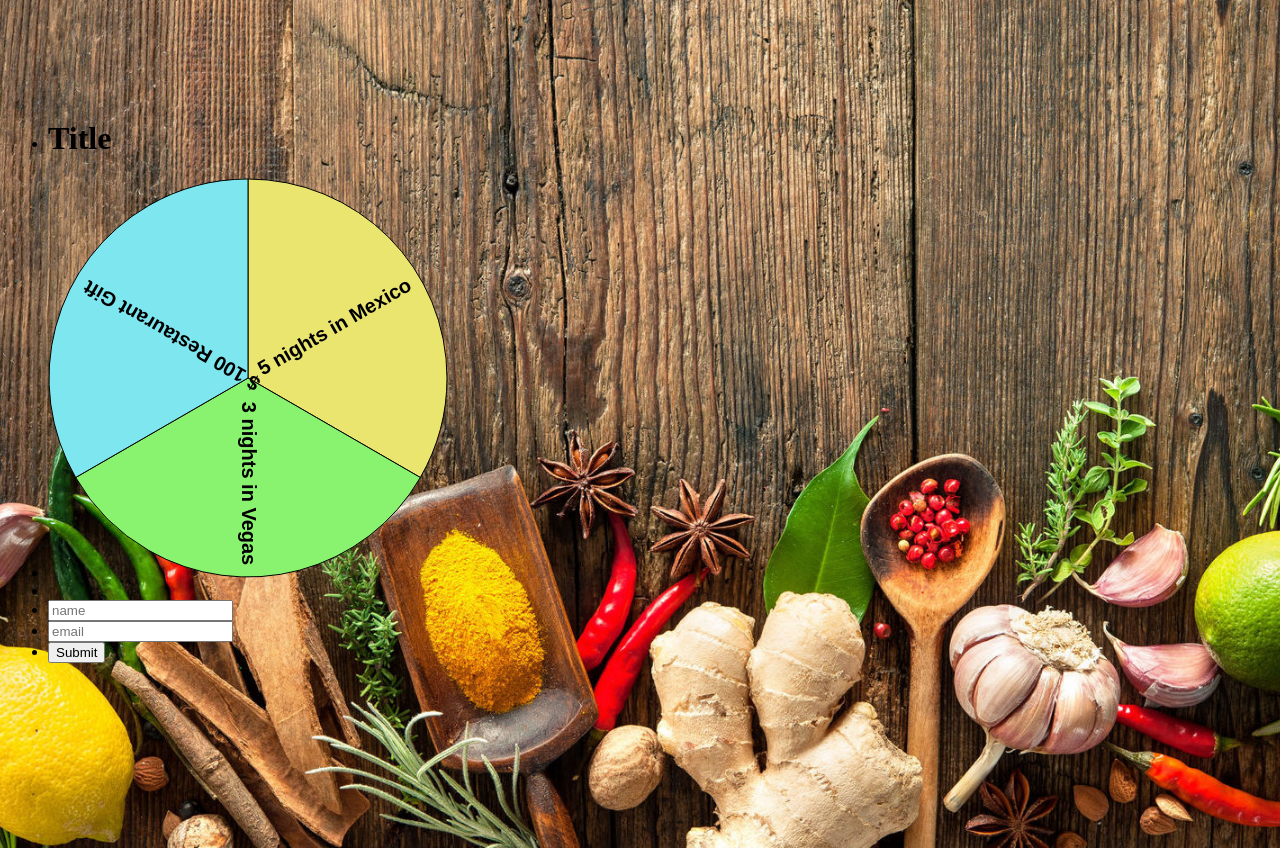
Repository: 43320888/upwork
Page: index.html
An editor plug-in stored every save of this project. The page is shown before and after the next save, followed by the edit.
The browser window is 1280 px wide. The pictures show the whole page.

Above is the page before, as saved 2019-01-16 20:53:59.

### index.html
<!DOCTYPE html>
<html lang="en">
<head>
	<meta charset="UTF-8">
	<meta name="viewport" content="width=device-width, initial-scale=1.0">
	<meta http-equiv="X-UA-Compatible" content="ie=edge">
	<link rel="stylesheet" href="style.css">
	<script src="Winwheel.min.js"></script>
	<title>Spin wheel</title>
</head>
<body class="spin-table">
	<ul>
		<li><h1>Title</h1></li>
		<li><canvas id="canvas3" width="400" height="400"></canvas></li>
		<li><script src="script.js"></script></li>
		<li><input type="text" placeholder="name"></li>
		<li><input type="text" placeholder="email"></li>
		<li><input type="submit" placeholder="submit"></li>
	</ul>
</body>
</html>

### style.css
.spin-table {
	background-image: url(images/Covers.jpg);
	background-position: center center;
	background-repeat: no-repeat;
	background-size: cover;
}
.spin-table > div {
	margin-left: 50%;
	transform: translateX(-50%);
	text-align: center;
	display: inline-block;
}

### script.js
/* eslint-disable quote-props */
// eslint-disable-next-line no-unused-vars, no-undef
const theWheel3 = new Winwheel({
	'canvasId': 'canvas3',
	'numSegments': 3,
	'textAlignment': 'outer',
	'segments': [
		{ 'fillStyle': '#eae56f', 'text': '5 nights in Mexico' },
		{ 'fillStyle': '#89f26e', 'text': '3 nights in Vegas' },
		{ 'fillStyle': '#7de6ef', 'text': '$ 100 Restaurant Gift' },
	],
});

function alignContent() {
	document.getElementsByClassName('spin-table')[0].style.height = `${document.documentElement.clientHeight}px`;
	document.getElementsByClassName('spin-table')[0].firstElementChild.style.marginTop = `${document.getElementsByClassName('spin-table')[0].clientHeight / 2 - document.getElementsByClassName('spin-table')[0].firstElementChild.clientHeight / 2}px`;
}
alignContent();
window.onresize = alignContent;

Loaded but not shown: Winwheel.min.js (library)

After the next save:
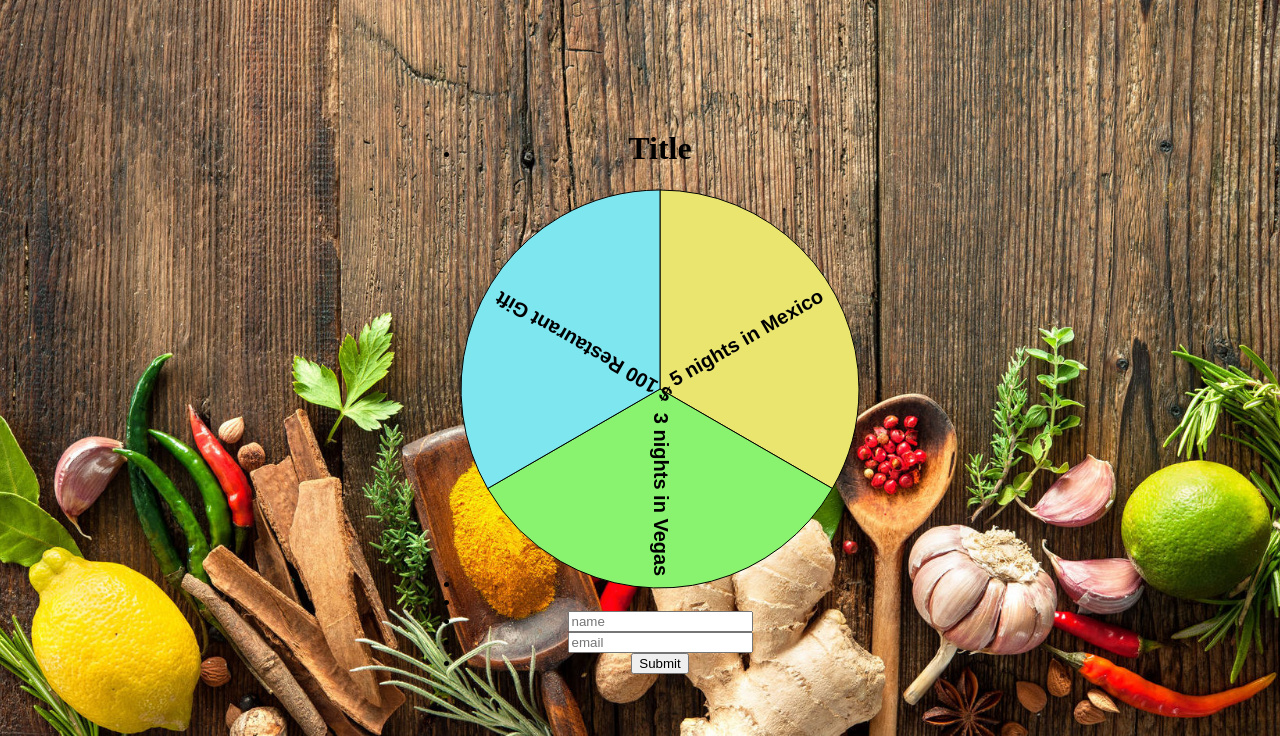
Saved 39 s later.
--- a/index.html
+++ b/index.html
@@ -9,13 +9,13 @@
 	<title>Spin wheel</title>
 </head>
 <body class="spin-table">
-	<ul>
-		<li><h1>Title</h1></li>
-		<li><canvas id="canvas3" width="400" height="400"></canvas></li>
-		<li><script src="script.js"></script></li>
-		<li><input type="text" placeholder="name"></li>
-		<li><input type="text" placeholder="email"></li>
-		<li><input type="submit" placeholder="submit"></li>
-	</ul>
+	<div><ul>
+	<li><h1>Title</h1></li>
+	<li><canvas id="canvas3" width="400" height="400"></canvas></li>
+	<li><script src="script.js"></script></li>
+	<li><input type="text" placeholder="name"></li>
+	<li><input type="text" placeholder="email"></li>
+	<li><input type="submit" placeholder="submit"></li>
+	</ul></div>
 </body>
 </html>
